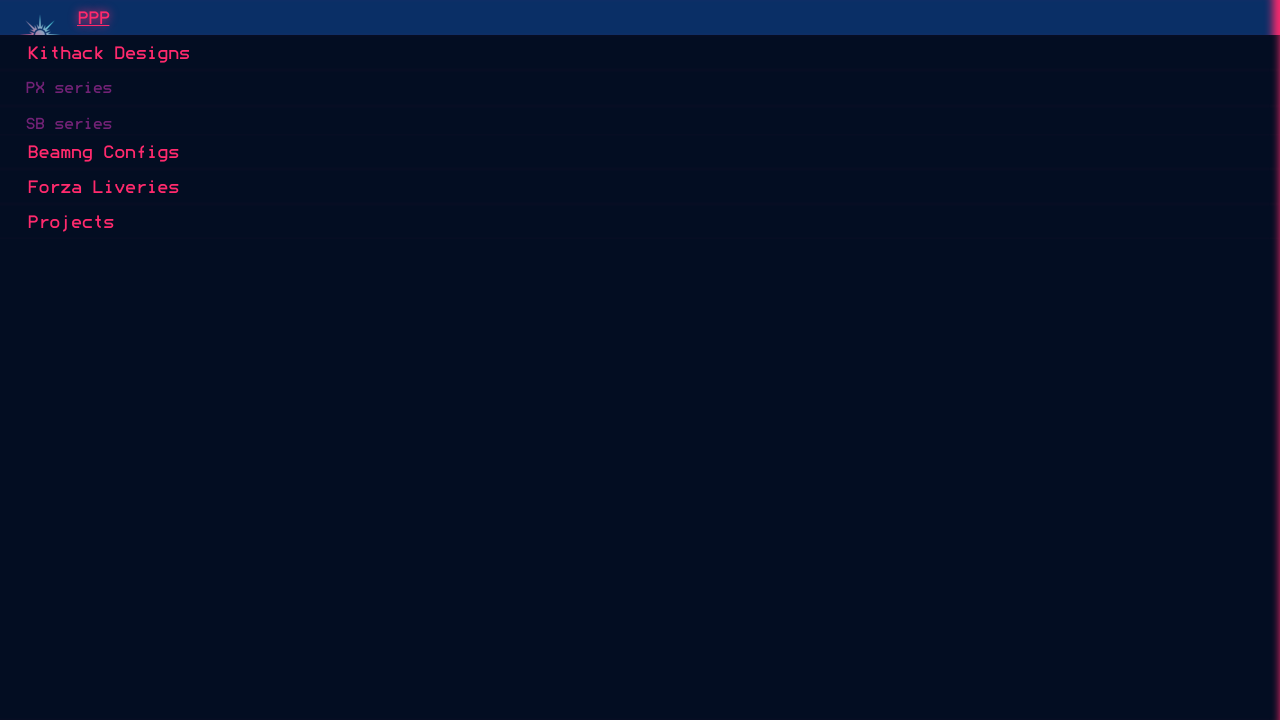
Repository: Pamishly/PamishlysPlayPlace
Page: navbar.html
An editor plug-in stored every save of this project. The page is shown before and after the next save, followed by the edit.
The browser window is 1280 px wide. The pictures show the whole page.

Above is the page before, as saved 2024-09-11 21:11:14.

### navbar.html

<ul>
    <input type="radio" name="menu" id="ppp">
    <li>
        <a href="./homepage.html"  target="_top" class="sitename"><label for="edit" class="title"><i class="fa fa-ppp"></i><img src="./logo.png">PPP</label></a>
    </li>
    <input type="radio" name="menu" id="kithack" checked>
    <li>
        <label for="kithack" class="title"><i class="fa fa-kithack"></i>Kithack Designs</label>
        <a  class="sidebutton" href="./KitHackHTML/PXseries.html" target="_top">PX series</a>
        <a  class="sidebutton" href="./KitHackHTML/SBseries.html" target="_top">SB series</a>
    </li>
    <input type="radio" name="menu" id="beamng">
    <li>
        <label for="beamng" class="title"><i class="fa fa-beamng" target="_top"></i>Beamng Configs</label>
        <a class="sidebutton" href="./BeamngHTML/dune-builds.html" target="_top">Dune Builds</a>
        <a class="sidebutton" href="./BeamngHTML/street-builds.html" target="_top">Street Builds</a>
        <a class="sidebutton" href="./BeamngHTML/derby-builds.html" target="_top">Derby Builds</a>
        <a class="sidebutton" href="./BeamngHTML/speed-builds.html" target="_top">Top Speed Builds</a>
    </li>
    <input type="radio" name="menu" id="preferences">
    <li>
        <label for="preferences" class="title"><i class="fa fa-gears"></i>Forza Liveries</label>
        <a class="sidebutton" href="./ForzaHTML/Horizon5.html" target="_top">Horizon 5</a>
    </li>
    <input type="radio" name="menu" id="projects">
    <li>
        <label for="projects" class="title"><i class="fa fa-projects"></i>Projects</label>
        <a class="sidebutton" href="./ProjectsHTML/PiProjects.html" target="_top">Pi Projects</a>
    </li>
</ul>

<link rel="stylesheet" href="main.css">

### main.css
* {
	margin: 0;
	padding: 0;
	box-sizing: border-box;
}
body {
	font-family: Headers;
    background-color: #030D22;
    box-shadow: inset -8px 0 8px -8px #ff2a6d;
}
@font-face {
	font-family: Headers;
	src: url("Modenine-2OPd.ttf");
	font-weight: bold;
}
.container {
	width: 100%;
	height: 100%;
}
nav {
	position: fixed;
	display: flex;
	align-items: flex-start;
	width: 12%;
	height: 100%;
	background-color: #111;
}
main {
	position: fixed;
	right: 0;
	width: 88.1%;
	height: 100%;
	background: url("Background.png");
	overflow: auto;
	padding: 40px;
    color: cyan;
}
h1 {
	font-weight: bold;
	margin-bottom: 50px;
	font-size: 55px;
	text-align: center;
    color: cyan;
}
p {
	margin-bottom: 20px;
	line-height: 26px;
    font-size: 24px;
    text-align: center;
    color: cyan;
}
li, ul label.title, ul, a {
	width: 100%;
	color: #ff2a6d;
	font-family: Headers;
	display: block;
	font-weight: bold;
}
ul label {
	height: 35px;
    box-shadow: inset -8px 0 8px -8px #ff2a6d;
}
ul li{
	height: 35px;
	overflow: hidden;
	transition: all .3s;
}
ul img{
	float:left;
}
li {
	display: block;
	background:#030D22;
}
label.title {
    text-align: left;
	font-size: 18px;
	background:#030D22;
	padding: 10px 15px;
	cursor: pointer;
    transition: all .25s;
    overflow: hidden;
}
.sidebutton{
	font-size: 16px;
	text-decoration: none;
	color: #722276;
	display: block;
	padding: 10px 25px;
	transition: all .25s;
    box-shadow: inset -8px 0 8px -8px #ff2a6d;
	font-family: Headers;
}
.sidebutton:hover {
    box-shadow: inset -15px 0 8px -8px #ff2a6d;
	text-shadow: 0px 0px 10px #ff2a6d;
	background: #0A2F66;
	color: #FF23BC;
}
label:hover {
	text-shadow: 0px 0px 10px #ff2a6d;
	background: #0A2F66;
    box-shadow: inset -15px 0 8px -8px #ff2a6d;
}
input[type="radio"] {
	display: none;
}
#ppp:checked + li {
	height: 0px;
}
#preferences:checked + li {
    height: 67px;
}
#beamng:checked + li {
    height: 163px;
}
#kithack:checked + li {
    height: 99px;
}
#projects:checked + li {
    height: 67px;
}
i {
	margin-right: 12px;
}
@media screen and (max-width: 600px){
	nav {
		width: 100%;
		position: relative;
	}
	main {
		width: 100%;
		position: relative;
	}
}
.card{
    position: relative;
    display: flex;
    flex-flow: column nowrap;
    width: 350px;
    height: 550px;
    border: solid cyan;
    text-align: center;
    margin: 15px;
	text-decoration: none;
	font-weight: unset;
	font-family: monospace;
	color: cyan;
}
.cardcontainer{
    display: flex;
    flex-flow: row wrap;
    align-content: space-around;
    justify-content: center;
    width:75%;
    margin-left: 12.5%;
}
.card img{
    width: auto;
    align-content: flex-start;
    justify-content: center;
}
.card p{
    padding: 15px;
    align-content: center;
    justify-content: center;
	margin-bottom: 20px;
	line-height: 26px;
    font-size: 24px;
    text-align: center;
    color: cyan;
}
.card:hover{
	background:#00aeff2c;
}
.card > h3{
	font-size: 24px;
	font-family: Headers;
}
iframe{
	width:100%;
	height:100%;
}
iframe[seamless]{
    background-color: transparent;
    border: 0px none transparent;
    padding: 0px;
    overflow: hidden;
}
.dwn-button{
	position: relative;
    display: flex;
    flex-flow: column nowrap;
    width: 150px;
    height: 70px;
    border: solid cyan;
    text-align: center;
    margin: 15px;
	font-weight: unset;
	font-family: monospace;
	color: cyan;
    left: 50%;
    transform: translate(-61%,100%);
}
.dwn-button:hover {
    background: darkcyan;
}
.dwn-button p{
	padding-top: 15px;
}
.information{
	display: flex;
	flex-flow: column nowrap;
}
.information p {
	margin-bottom: 20px;
	line-height: 26px;
    font-size: 24px;
	justify-content: center;
    color: cyan;
}
.information img {
	width: 600px;
	border: cyan 5px solid;
	align-self: center;
}
.information h1 {
	justify-content: center;
}
.main {
    -ms-overflow-style: none;  /* Internet Explorer 10+ */
    scrollbar-width: none;  /* Firefox */
}
.main::-webkit-scrollbar {
    display: none;  /* Safari and Chrome */
}

After the next save:
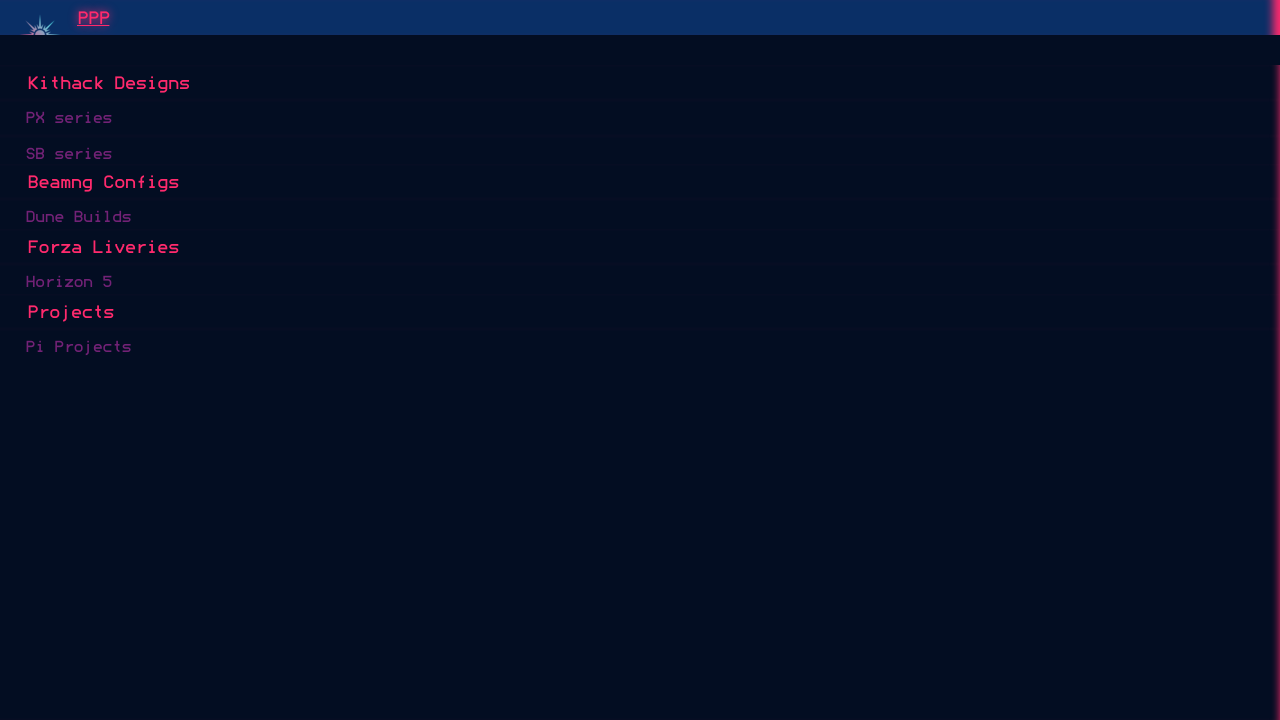
Saved 6 s later.
--- a/main.css
+++ b/main.css
@@ -61,7 +61,7 @@
     box-shadow: inset -8px 0 8px -8px #ff2a6d;
 }
 ul li{
-	height: 35px;
+	height: 65px;
 	overflow: hidden;
 	transition: all .3s;
 }

After the save that followed:
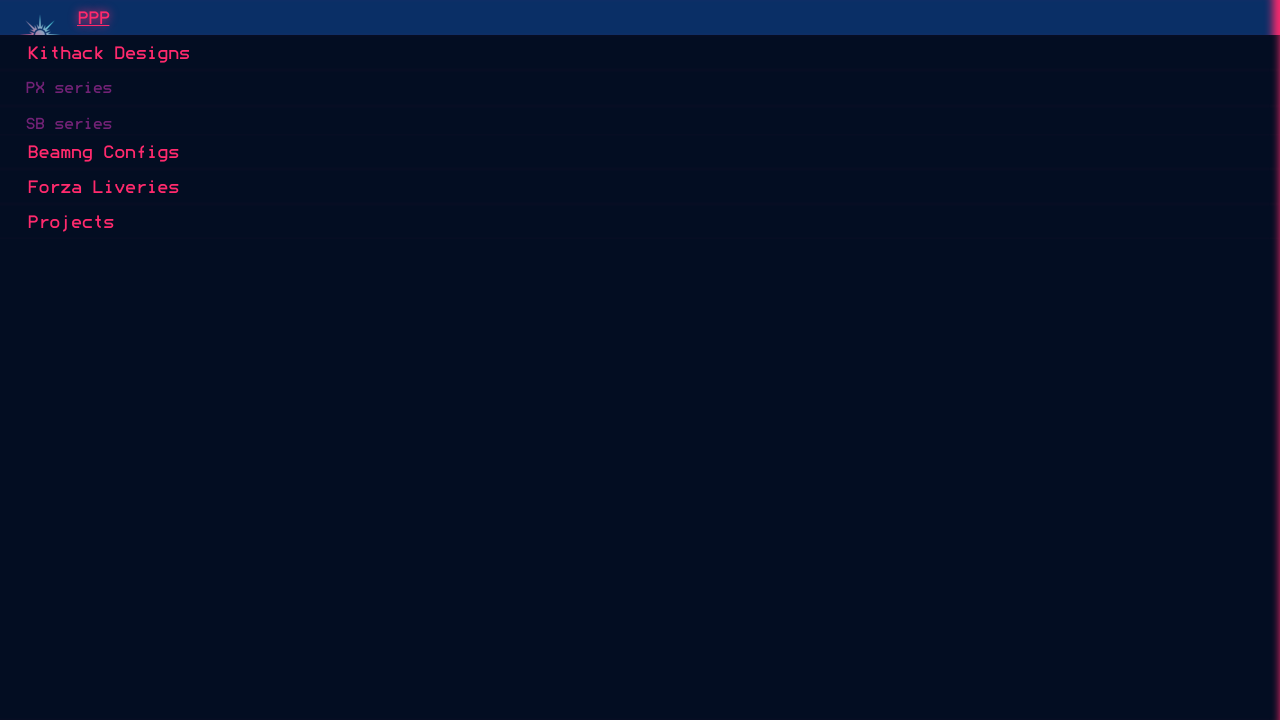
Saved 5 s later.
--- a/main.css
+++ b/main.css
@@ -61,7 +61,7 @@
     box-shadow: inset -8px 0 8px -8px #ff2a6d;
 }
 ul li{
-	height: 65px;
+	height: 35px;
 	overflow: hidden;
 	transition: all .3s;
 }
